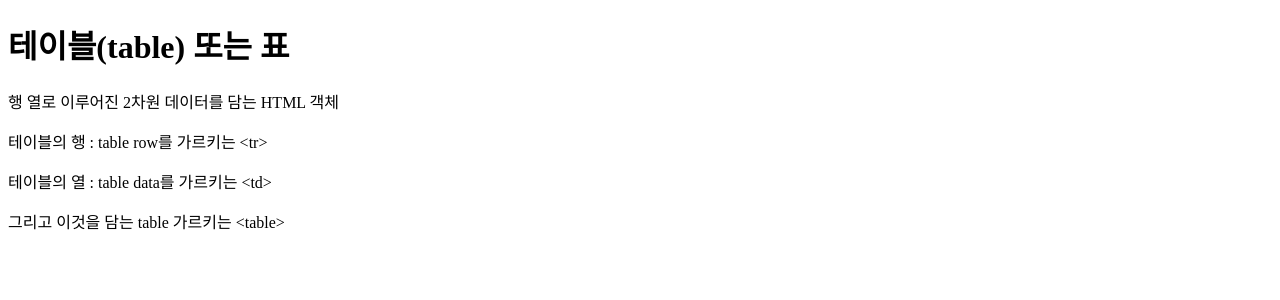
Repository: kmh9964/view
Page: workspace/studyhtml5/src/main/webapp/docs/first.html
These files come from the project's save history. The page is drawn as it stood at one moment and after the next save; the edit follows.
The browser window is 1280 px wide. The pictures show the whole page.

Above is the page before, as saved 2022-12-15 05:43:42.

After the next save:
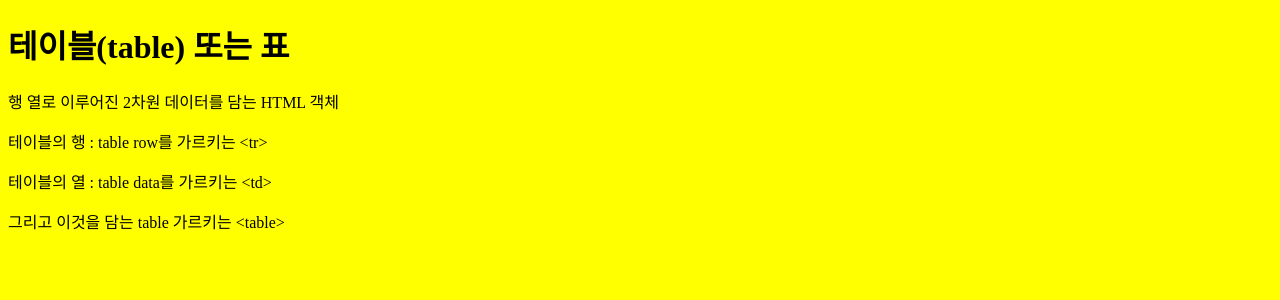
Saved 3 min 1 s later.
--- a/workspace/studyhtml5/src/main/webapp/docs/first.html
+++ b/workspace/studyhtml5/src/main/webapp/docs/first.html
@@ -3,6 +3,7 @@
 <head>
 <meta charset="UTF-8" />
 <title>표</title>
+<link rel="stylesheet" href="../css/main.css" />
 </head>
 <body>
 	<h1>테이블(table) 또는 표</h1>
